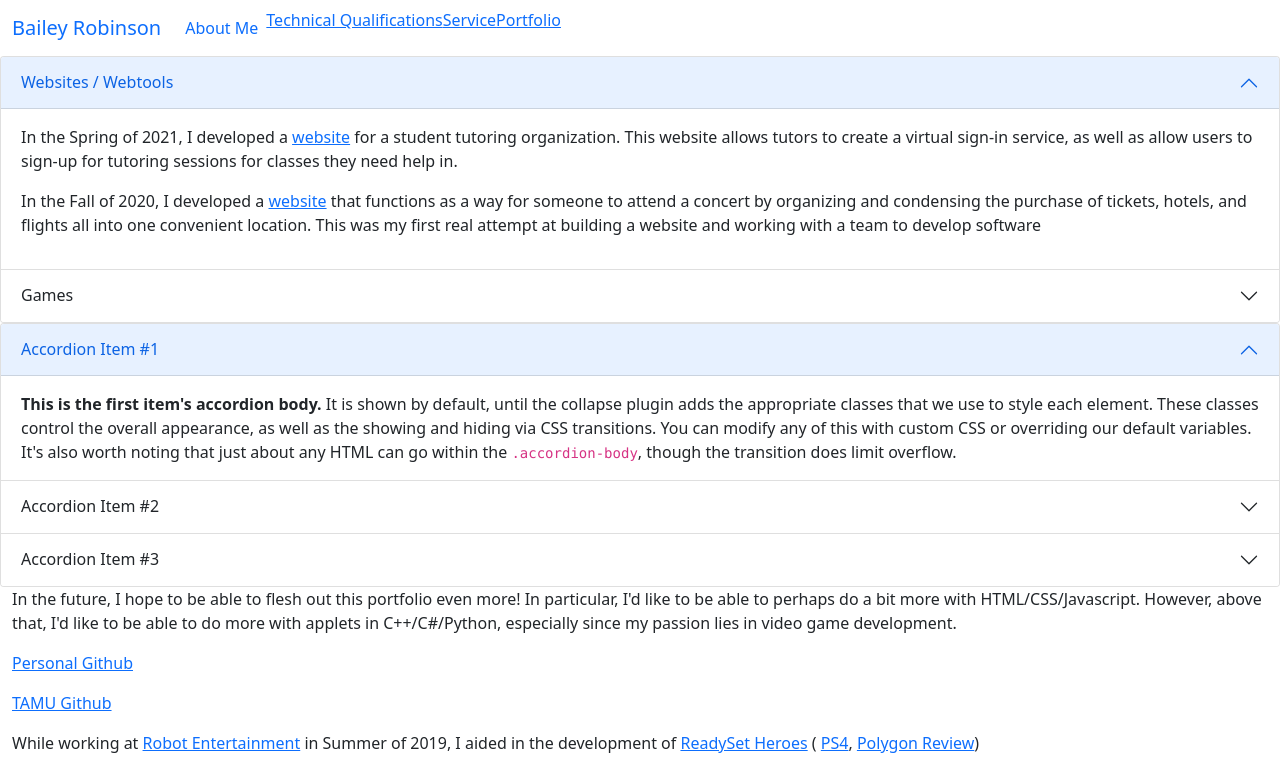
Repository: baileyjrob/personal_website
Page: portfolio.html
These files come from the project's save history. The page is drawn as it stood at one moment and after the next save; the edit follows.
The browser window is 1280 px wide. The pictures show the whole page.

Above is the page before, as saved 2022-04-20 13:24:23.

After the next save:
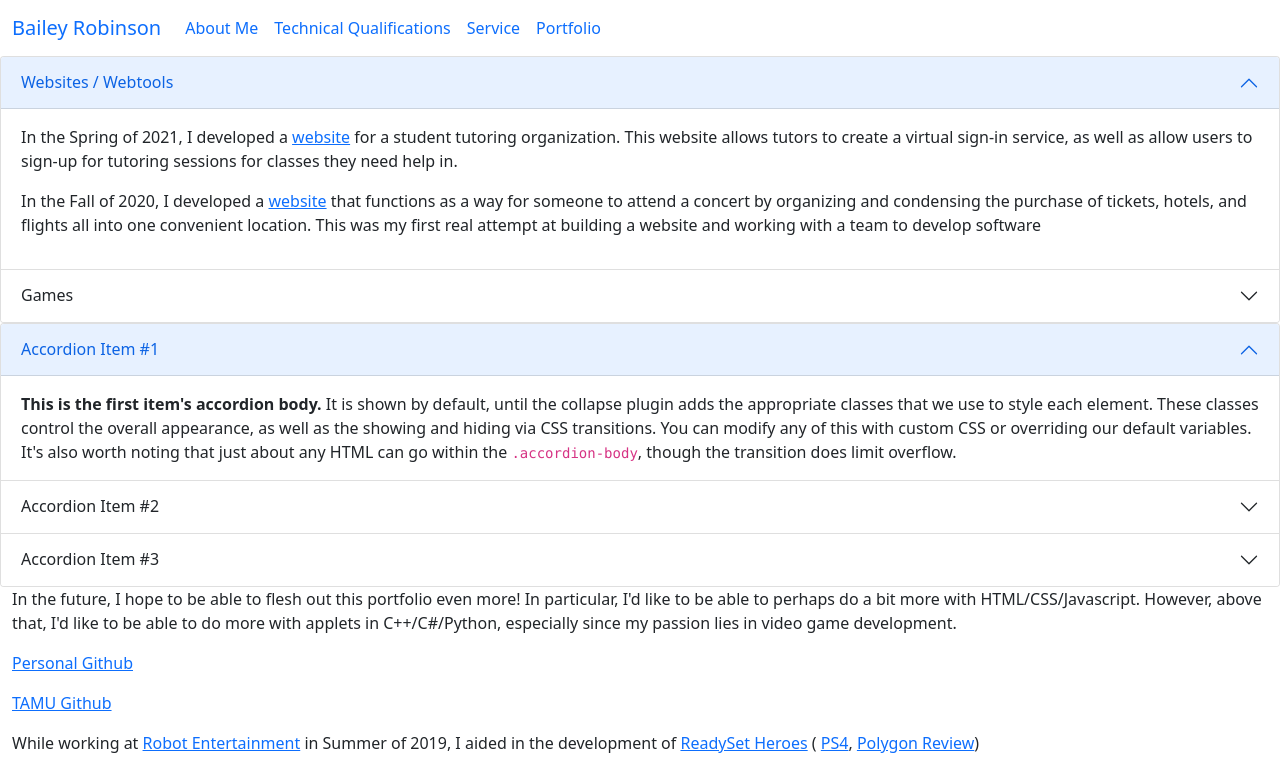
Saved 62 s later.
--- a/portfolio.html
+++ b/portfolio.html
@@ -30,9 +30,9 @@
             <div class="collapse navbar-collapse" id="navbarSupportedContent">
                 <ul class="navbar-nav me-auto mb-2 mb-lg-0">
                     <li class="nav-item"><a class="nav-link" href="about.html">About Me</a></li>
-                    <li><a href="techqual.html">Technical Qualifications</a></li>
-                    <li><a href="service.html">Service</a></li>
-                    <li class="active"><a href="portfolio.html">Portfolio</a></li>
+                    <li class="nav-item"><a class="nav-link" href="techqual.html">Technical Qualifications</a></li>
+                    <li class="nav-item"><a class="nav-link" href="service.html">Service</a></li>
+                    <li class="nav-item"><a class="nav-link active" href="portfolio.html">Portfolio</a></li>
                 </ul>
             </div>
         </div>
